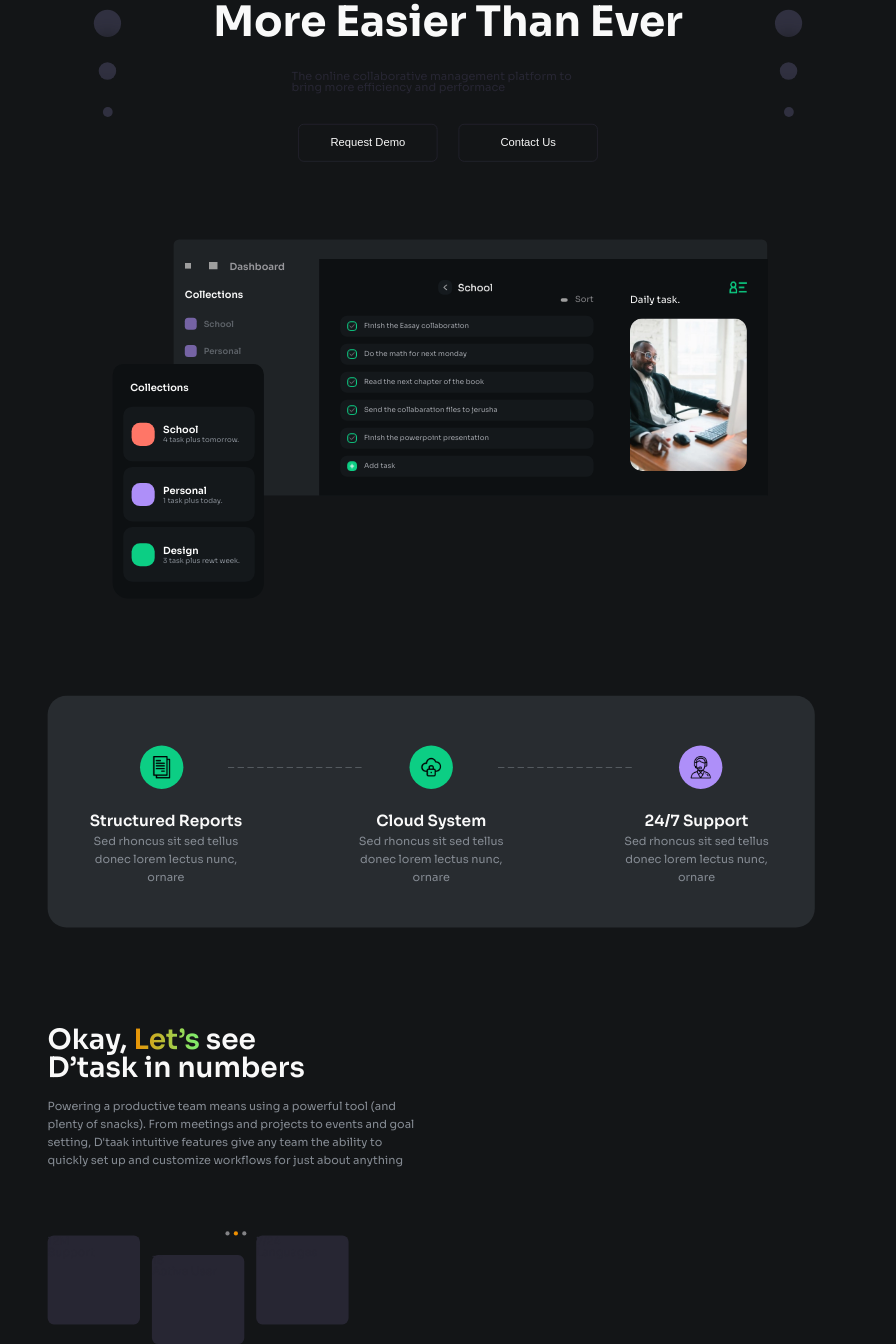
Repository: anhthiethumg/Task_Managerment_Website
Page: index.html
The author's editor kept a copy of each file at every save. The page is drawn from the files as they stood at one save, then again after a run of saves.
The browser window is 1280 px wide. The pictures show the part of the page from y = 320 to 2240 px (the page is 2240 px tall), at 70% of full size.
Pictures or frames that could not be fetched are drawn as grey boxes. A picture or video elsewhere on the page could not be fetched, so the positions and the page height are approximate.

Above is the page before, as saved 2023-07-29 00:42:56.

### index.html
<!DOCTYPE html>
<html lang="en">
  <head>
    <meta charset="UTF-8" />
    <meta name="viewport" content="width=device-width, initial-scale=1.0" />
    <title>Task Managerment Website</title>
    <!-- Reset Css -->
    <link rel="stylesheet" href="./assets/css/reset.css" />

    <!-- CSS -->
    <link rel="stylesheet" href="./assets/css/styles.css" />

    <!-- Embed Font-->

    <link rel="preconnect" href="https://fonts.googleapis.com" />
    <link rel="preconnect" href="https://fonts.gstatic.com" crossorigin />
    <link
      href="https://fonts.googleapis.com/css2?family=Sora:wght@400;600;700;800&display=swap"
      rel="stylesheet"
    />
  </head>
  <body>
    <!-- Header -->
    <section class="header">
      <div class="container">
        <navbar class="row nav">
          <img src="./assets/image/logo.svg" alt="Task." />
          <div class="nav-list">
            <a class="nav-item" href="#!">Home</a>
            <a class="nav-item" href="#!">Products</a>
            <a class="nav-item" href="#!">Guidlines</a>
            <a class="nav-item" href="#!">Guidlines</a>
          </div>
          <button class="btn nav-btn">Sign In</button>
        </navbar>
        <section class="hero">
          <div class="row hero__content">
            <div class="stacked-circles">
              <div class="circles"></div>
              <div class="circles"></div>
              <div class="circles"></div>
              <div class="circles"></div>
            </div>
            <div class="hero--content__heading">
              <h1 class="hero__heading">
                Make <span class="heading__liner">Management</span> Way More
                Easier Than Ever
              </h1>
              <p class="hero__desc section-desc">
                The online collaborative management platform to bring more
                efficiency and performace
              </p>
              <div class="hero-btn row">
                <button type="button" class="btn hero__btn">
                  Request Demo
                </button>
                <button type="button" class="btn hero__btn">Contact Us</button>
              </div>
            </div>
            <div class="stacked-circles">
              <div class="circles"></div>
              <div class="circles"></div>
              <div class="circles"></div>
              <div class="circles"></div>
            </div>
          </div>
          <section class="task-manager row">
            <sidebar class="sidebar">
              <div class="row sidebar__header">
                <img
                  src="./assets/icons/icon-sidebar.svg"
                  alt="icon-sidebar"
                  class="icon__sidebar"
                />
                <img
                  src="./assets/icons/dashboard-icon.svg"
                  alt="dashboard-icon"
                  class="dashboard-icon"
                />
                <h4 class="sidebar__heading">Dashboard</h4>
              </div>
              <div class="sidebar__list">
                <h4 class="sidebar__list--heading">Collections</h4>
                <div class="sidebar__list--item">
                  <h5 class="sidebar__item--content">School</h5>
                </div>
                <div class="sidebar__list--item">
                  <h5 class="sidebar__item--content">Personal</h5>
                </div>
              </div>
            </sidebar>
            <section class="task-manager__section">
              <div class="task__header row">
                <img src="./assets/icons/school.png" alt="Back" class="back" />
                <img
                  src="./assets/icons/contact us icon.png"
                  alt="Contact"
                  class="contact-us"
                />
              </div>
              <div class="task__content row">
                <div class="list--work">
                  <div class="list-sort">Sort</div>
                  <div class="work--item">Finish the Easay collaboration</div>
                  <div class="work--item">Do the math for next monday</div>
                  <div class="work--item">
                    Read the next chapter of the book
                  </div>
                  <div class="work--item">
                    Send the collabaration files to jerusha
                  </div>
                  <div class="work--item">
                    Finish the powerpoint presentation
                  </div>
                  <div class="work--item">Add task</div>
                </div>
                <div class="daily-task">
                  <div class="dailytask__heading">Daily task.</div>
                  <img
                    class="dailytask__img"
                    src="./assets/image/Rectangle 50.png"
                    alt="Daily task"
                  />
                </div>
              </div>
              <div class="card">
                <div class="card__heading">Collections</div>
                <div class="card__list">
                  <div class="card__item">
                    <div class="card__item--icon"></div>
                    <div class="card__item--content">
                      <h4 class="card__item--title">School</h4>
                      <p class="card__item--desc">4 task plus tomorrow.</p>
                    </div>
                  </div>
                  <div class="card__item">
                    <div class="card__item--icon"></div>
                    <div class="card__item--content">
                      <h4 class="card__item--title">Personal</h4>
                      <p class="card__item--desc">1 task plus today.</p>
                    </div>
                  </div>
                  <div class="card__item">
                    <div class="card__item--icon"></div>
                    <div class="card__item--content">
                      <h4 class="card__item--title">Design</h4>
                      <p class="card__item--desc">3 task plus rewt week.</p>
                    </div>
                  </div>
                </div>
              </div>
            </section>
          </section>
        </section>
      </div>
    </section>

    <!-- Main -->
    <main class="main">
      <div class="container">
        <!-- Services -->
        <section class="services">
          <div class="services__icon--list">
            <div class="services__icon--bg">
              <img
                src="./assets/icons/report.png"
                alt="Report"
                class="services__icon"
              />
            </div>
            <img src="./assets/icons/dash line-1.svg" alt="dash-line" />
            <div class="services__icon--bg">
              <img
                src="./assets/icons/server.png"
                alt="Server"
                class="services__icon"
              />
            </div>

            <img src="./assets/icons/dash line-1.svg" alt="dash-line" />
            <div class="services__icon--bg">
              <img
                src="./assets/icons/support.png"
                alt="Support"
                class="services__icon"
              />
            </div>
          </div>
          <div class="services__list row">
            <div class="services__items">
              <h3 class="services__heading">Structured Reports</h3>
              <p class="services__desc">
                Sed rhoncus sit sed tellus donec lorem lectus nunc, ornare
              </p>
            </div>
            <div class="services__items">
              <h3 class="services__heading">Cloud System</h3>
              <p class="services__desc">
                Sed rhoncus sit sed tellus donec lorem lectus nunc, ornare
              </p>
            </div>
            <div class="services__items">
              <h3 class="services__heading">24/7 Support</h3>
              <p class="services__desc">
                Sed rhoncus sit sed tellus donec lorem lectus nunc, ornare
              </p>
            </div>
          </div>
        </section>

        <!-- Static -->

        <section class="static row">
          <section class="static__content">
            <h2 class="static__heading section__heading">
              Okay, <span class="heading__liner">Let’s</span> see D’task in numbers
            </h2>
            <p class="static__desc section__desc">
              Powering a productive team means using a powerful tool (and plenty of snacks). From meetings and projects to events and goal setting, D'taak intuitive features give any team the ability to quickly set up and customize workflows for just about anything
            </p>
            <div class="static__dot row">
              <div class="dot"></div>
              <div class="dot"></div>
              <div class="dot"></div>
            </div>
            <div class="static__list row">
              <div class="static__item">
                <div class="static--item__number">
                  12M
                </div>
                <div class="static--item__title">
                  Support
                </div>
              </div>
              <div class="static__item">
                <div class="static--item__number">
                  16
                </div>
                <div class="static--item__title">
                  Active User
                </div>
              </div>
              <div class="static__item">
                <div class="static--item__number">
                  7/24
                </div>
                <div class="static--item__title">
                  Languages
                </div>
              </div>
            </div>
          </section>
        </section>
      </div>
    </main>
  </body>
</html>

### assets/css/styles.css
* {
  box-sizing: border-box;
}

html {
  font-size: 62.5%;
}

:root {
  color: var(--text-color-gray-2, #282c30);
  color: var(--text-color-white, #f9f9f9);
  color: var(
    --primary-color-leniar-color,
    linear-gradient(90deg, #eb9204 1.67%, #83e868 89.99%)
  );
  color: var(--primary-color-background, #131517);
  color: var(--text-color-dark-blue, #272633);
}
body {
  font-size: 1.6rem;
  font-family: "Sora", sans-serif;
  background: var(--primary-color-background, #131517);
}

/* Common */

a {
  text-decoration: none;
}

.container {
  width: 1144px;
  margin: 0 auto;
}

.row {
  display: flex;
}

.btn {
  width: 110px;
  height: 40px;
  border-radius: 8px;
  border: 1px solid var(--text-color-dark-blue, #272633);
  background: #131517;
  text-align: center;
}

.section__desc {
  color: var(--text-color-gray-1, #858b93);
  text-align: center;
  font-size: 1.6rem;
  font-weight: 400;
  line-height: 1.625;
}

.section__heading {
  color: var(--text-color-white, #f9f9f9);
  font-size: 4rem;
  font-weight: 600;
}
/* Header */

.header {
  margin-top: 40px;
  margin-bottom: 140px;
  padding-top: 10px;
}

/* Navbar */

.nav {
  justify-content: space-between;
  align-items: center;
  height: 40px;
  margin-bottom: 157px;
}

.nav-item {
  margin-right: 36px;
  color: var(--text-color-gray-1, #858b93);
  font-size: 1.6rem;
  font-weight: 400;
  line-height: 1.5;
}

.nav-item:hover {
  color: var(--text-color-white, #f9f9f9);
  text-decoration: underline;
}

.nav-btn {
  background: var(
    --primary-color-leniar-color,
    linear-gradient(90deg, #eb9204 1.67%, #83e868 89.99%)
  );
  background-clip: text;
  -webkit-background-clip: text;
  -webkit-text-fill-color: transparent;
  font-size: 1.6rem;
  font-weight: 400;
  line-height: 1.5;
}

/* hero-content */
.hero__content {
  padding: 0 25px;
  justify-content: space-between;
}
.hero__heading {
  margin: 0 auto 34px;
  width: 783px;
  color: var(--text-color-white, #f9f9f9);
  text-align: center;
  font-size: 6rem;
  font-weight: 700;
  line-height: 1.17;
}

.heading__liner {
  background: var(
    --primary-color-leniar-color,
    linear-gradient(90deg, #eb9204 1.67%, #83e868 89.99%)
  );
  background-clip: text;
  -webkit-background-clip: text;
  -webkit-text-fill-color: transparent;
}

.hero__desc {
  width: 447px;
  margin: 0 auto 44px;
}

.hero-btn {
  justify-content: center;
  gap: 30px;
}

.hero__btn {
  margin-bottom: 111px;
  width: 199px;
  height: 54px;
  color: var(--text-color-white, #f9f9f9);
  font-size: 1.6rem;
  font-weight: 400;
  line-height: 1.625;
}

.hero__btn:hover {
  background: var(
    --primary-color-leniar-color,
    linear-gradient(90deg, #eb9204 1.67%, #83e868 89.99%)
  );
}

/* hero circle */

.stacked-circles {
  display: flex;
  flex-direction: column;
  align-items: center;
  margin-top: -75px;
}

.circles {
  fill: linear-gradient(180deg, #111118 4.96%, rgba(43, 43, 61, 0) 100%);
  box-shadow: 0px 39px 31px 0px #313141 inset;
  border-radius: 50%;
}
.circles:first-child {
  width: 121px;
  height: 121px;
  margin-bottom: 41px;
}

.circles:nth-child(2) {
  width: 39px;
  height: 39px;
  margin-bottom: 36px;
}

.circles:nth-child(3) {
  width: 25px;
  height: 25px;
  margin-bottom: 39px;
}

.circles:last-child {
  width: 14px;
  height: 14px;
  flex-shrink: 0;
}

/* task manager */

.task-manager {
  width: 848px;
  height: 366px;
  border-radius: 8px 8px 0px 0px;
  background: #1f2326;
  margin-left: 180px;
}

.sidebar {
  padding: 18px 0 0 16px;
}

.sidebar__header {
  width: 192px;
  height: 39px;
  align-items: center;
}

.icon__sidebar {
  width: 9px;
  height: 9px;
  margin-right: 25px;
}

.dashboard-icon {
  width: 13px;
  height: 11px;
  margin-right: 17px;
}

.sidebar__heading {
  color: #98989c;
  font-size: 1.4rem;
  font-weight: 600;
}

.sidebar__list--heading {
  margin: 15px 0 15px;
  color: var(--text-color-white, #f9f9f9);
  font-size: 1.4rem;
  font-weight: 600;
}

.sidebar__list--item {
  width: 192px;
  height: 39px;
  display: flex;
  align-items: center;
}

.sidebar__list--item:hover {
  background: #2b2d2f;
}
.sidebar__item--content {
  color: var(--text-color-gray-1, #858b93);
  font-size: 1.2rem;
  font-weight: 600;
  opacity: 0.6000000238418579;
  display: flex;
  align-items: center;
}

.sidebar__item--content::before {
  display: inline-block;
  content: " ";
  width: 17px;
  height: 17px;
  border-radius: 5px;
  background: #ae8ff9;
  margin-right: 10px;
}

.task-manager__section {
  position: relative;
  margin-top: 28px;
  margin-right: 15px;
  background: #0d1012;
  width: 100%;
  padding: 30px;
}

.task__header {
  margin-left: 140px;
  justify-content: space-between;
}

.list--work {
  width: 362px;
  margin-right: 52px;
}

.list-sort {
  color: #838386;
  font-size: 1.2rem;
  font-weight: 400;
  text-align: right;
  height: 30px;
}

.list-sort::before {
  display: inline-block;
  content: " ";
  width: 10px;
  height: 5px;
  border-radius: 5px;
  margin-right: 10px;
  background-image: url(../icons/sort.svg);
  margin-left: 10px;
}
.work--item {
  display: flex;
  align-items: center;
  margin-bottom: 10px;
  width: 100%;
  height: 30px;
  border-radius: 10px;
  background: #14181b;
  color: #9ea1a7;
  font-size: 1rem;
  font-weight: 300;
}

.work--item:before {
  display: inline-block;
  content: " ";
  width: 14px;
  height: 14px;
  border-radius: 5px;
  margin-right: 10px;
  background-image: url(../icons/check.svg);
  margin-left: 10px;
}

.work--item:last-child:before {
  background-image: url(../icons/add.svg);
}

.dailytask__heading {
  color: var(--text-color-white, #f9f9f9);
  font-size: 1.4rem;
  font-weight: 400;
  margin-bottom: 20px;
}

.dailytask__img {
  width: 167px;
  height: 218px;
  flex-shrink: 0;
  border-radius: 17px;
  background: rgba(13, 16, 18, 0.24);
}

.card {
  position: absolute;
  width: 216px;
  height: 335px;
  border-radius: 15px 15px 22px 22px;
  background: #0d1012;
  padding: 26px 15px;
  left: -295px;
  top: 150px;
}

.card__heading {
  color: #f9f9f9;
  font-size: 1.4rem;
  font-weight: 600;
  margin-left: 10px;
  margin-bottom: 21px;
}

.card__item {
  display: flex;
  align-items: center;
  width: 188px;
  height: 78px;
  border-radius: 13px;
  background: #14181b;
  margin-bottom: 8px;
}
.card__item--icon {
  width: 33px;
  height: 33px;
  border-radius: 12px;
  margin: 12px;
}

.card__item:first-child .card__item--icon {
  background: var(--primary-color-dark-orange, #ff7667);
}

.card__item:nth-child(2) .card__item--icon {
  background: var(--primary-color-blue, #ae8ff9);
}

.card__item:last-child .card__item--icon {
  background: var(--primary-color-green, #0cce84);
}

.card__item--title {
  color: #fff;
  font-size: 1.4rem;
  font-weight: 600;
  margin-bottom: 3px;
}

.card__item--desc {
  color: var(--text-color-gray-1, #858b93);
  font-size: 1rem;
  font-weight: 400;
}

/* services */

.services {
  padding: 41px 50px 53px 50px;
  margin-top: 286px;
  margin-bottom: 140px;
  width: 1096px;
  height: 331px;
  border-radius: 27px;
  background: var(--text-color-gray-2, #282c30);
}

.services__icon--list {
  display: flex;
  align-items: center;
  justify-content: space-around;
  margin: 30px 50px;
}

.services__icon--bg {
  background: var(--primary-color-green, #0cce84);
  width: 62px;
  height: 62px;
  border-radius: 50%;
  display: flex;
  align-items: center;
  justify-content: center;
}

.services__icon--bg:nth-child(2) {
  background: var(--primary-color-dark-yellow, #ef8f00);
}

.services__icon--bg:last-child {
  background: var(--primary-color-blue, #ae8ff9);
}
.services__icon {
  width: 32px;
  height: 32px;
}

.services__list {
  justify-content: space-between;
}

.services__items {
  width: 238px;
  text-align: center;
}

.services__heading {
  color: var(--text-color-white, #f9f9f9);
  font-size: 2.2rem;
  font-weight: 600;
  line-height: 1.45;
}

.services__desc {
  color: #858b93;
  font-size: 1.6rem;
  font-weight: 400;
  line-height: 1.625;
}

/* Static */
.static__content {
  width: 537px;
}
.static__heading {
  width: 368px;
  margin-bottom: 22px;
}

.static__desc {
  width: 537px;
  height: 106px;
  text-align: left;
  margin-bottom: 86px;
}

.static__dot {
  gap: 6px;
  justify-content: center;
  margin-bottom: 28px;
}
.dot {
  width: 6px;
  height: 6px;
  border-radius: 50%;
  background: #838386;
}

.dot:nth-child(2) {
  background: #ef8f00;
}

.static__list {
  gap: 17px;
}
.static__item {
  width: 132px;
  height: 127px;
  border-radius: 9px;
  background: var(--text-color-dark-blue, #272633);
}

.static__item:nth-child(odd) {
margin-top: -28px;
}

.static__item:nth-child(2) {

}

Loaded but not shown: assets/css/reset.css (common file)

After the next 2 saves:
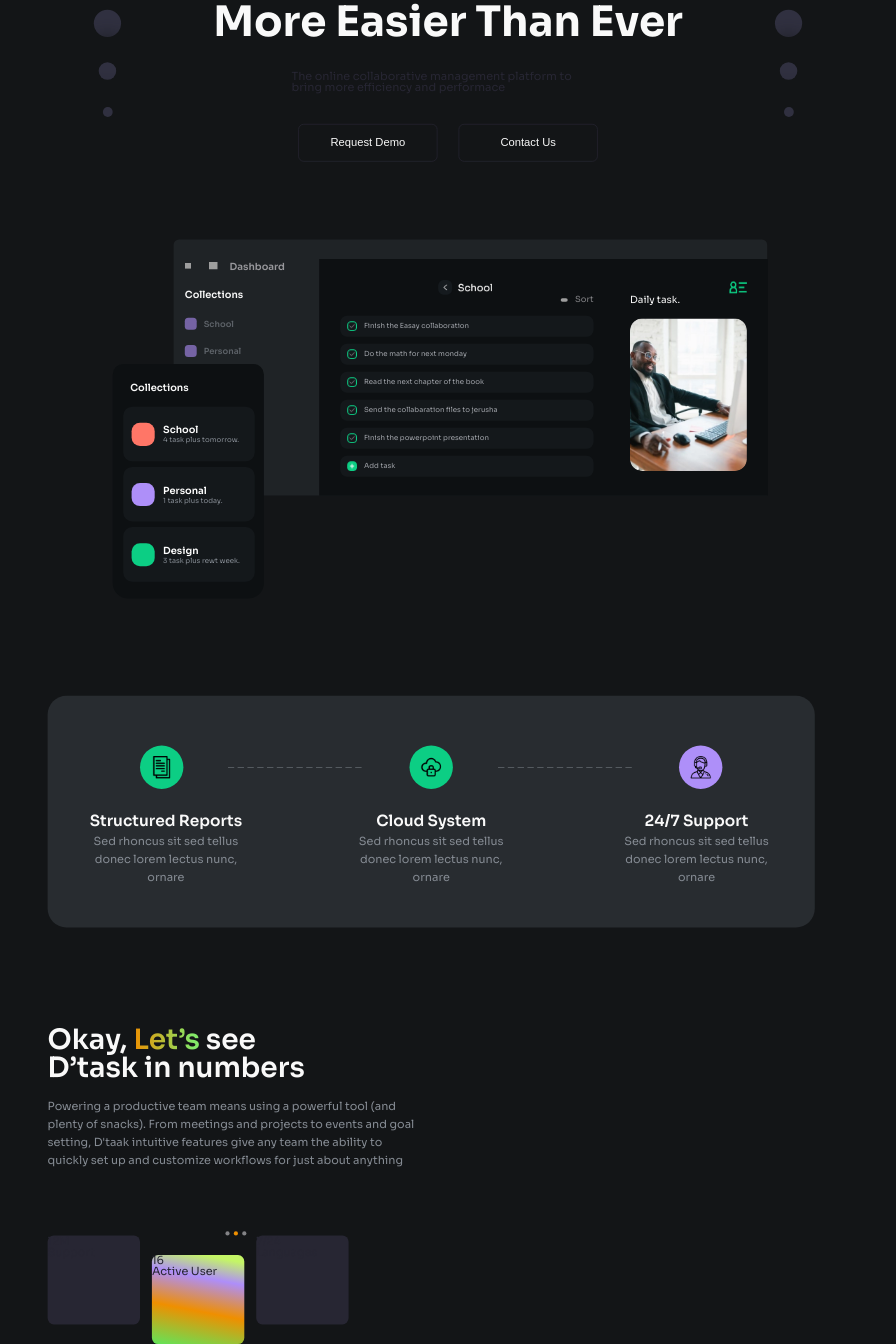
The 2 saves are shown as one change because they came seconds apart.
The last was saved 9 s later.
--- a/assets/css/styles.css
+++ b/assets/css/styles.css
@@ -513,9 +513,15 @@ a {
 }
 
 .static__item:nth-child(odd) {
-margin-top: -28px;
+  margin-top: -28px;
 }
 
 .static__item:nth-child(2) {
-
-}
+  background: linear-gradient(
+    191deg,
+    #c4f566 7.35%,
+    #ae8ef9 28.41%,
+    #ef8f00 60.81%,
+    #61e559 100%
+  );
+}
